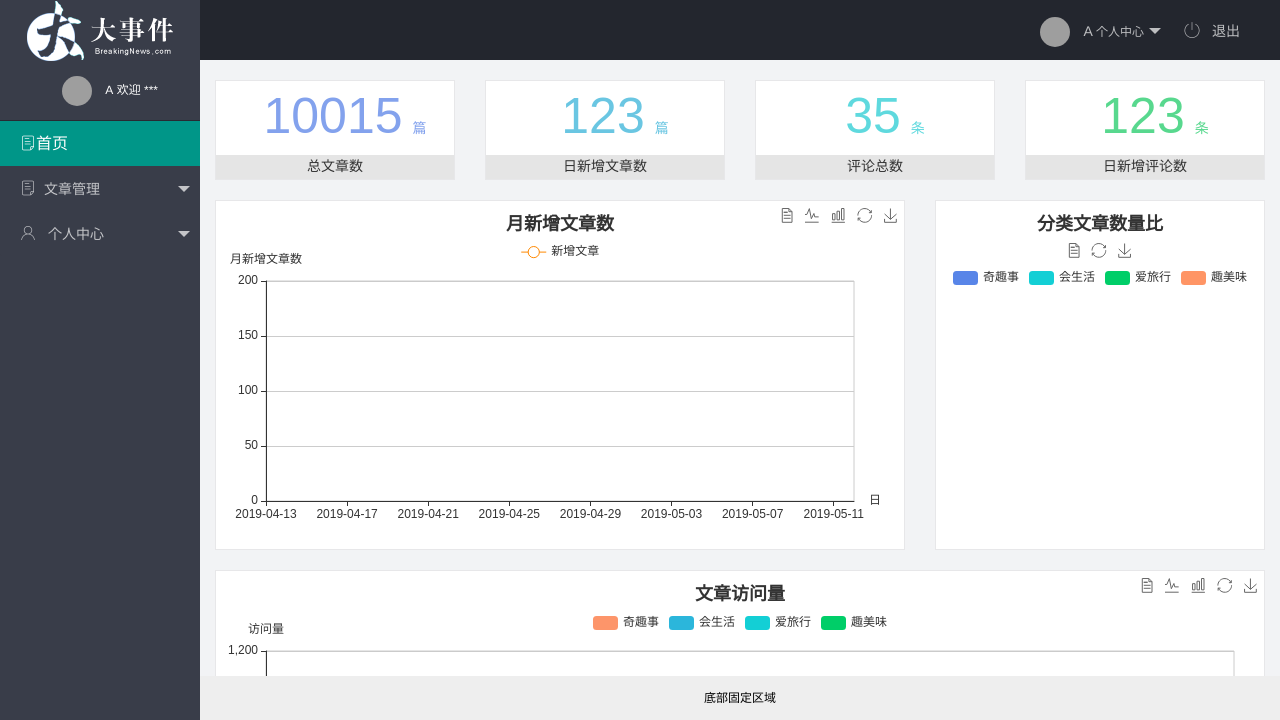
Repository: hjg520/web_bigevent
Page: index.html
An editor plug-in stored every save of this project. The page is shown before and after a run of saves, followed by the edit.
The browser window is 1280 px wide. The pictures show the whole page.
Pictures or frames that could not be fetched are drawn as grey boxes.

Above is the page before, as saved 2022-05-09 19:52:07.

After the next 2 saves:
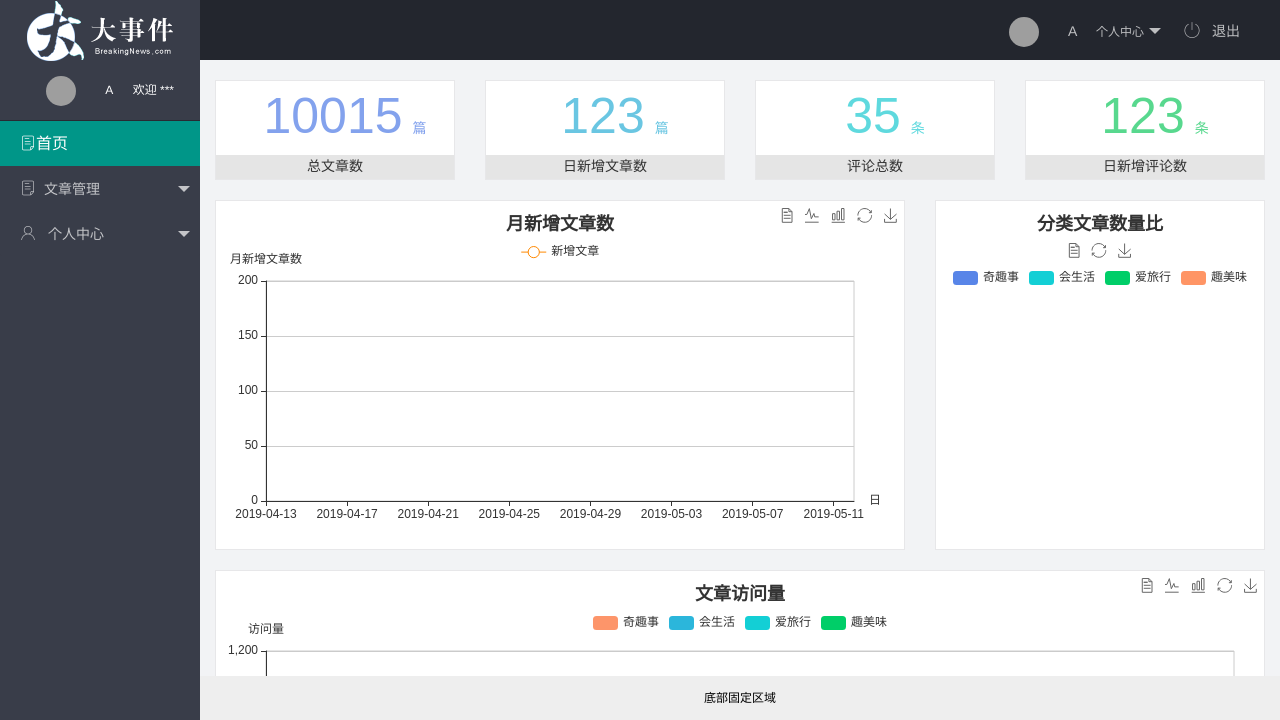
The 2 saves are shown as one change because they came seconds apart.
The last was saved 6 s later.
--- a/assets/css/index.css
+++ b/assets/css/index.css
@@ -64,5 +64,5 @@ a {
 
     display: inline-block;
 
-
+    width: 40px;
 }
